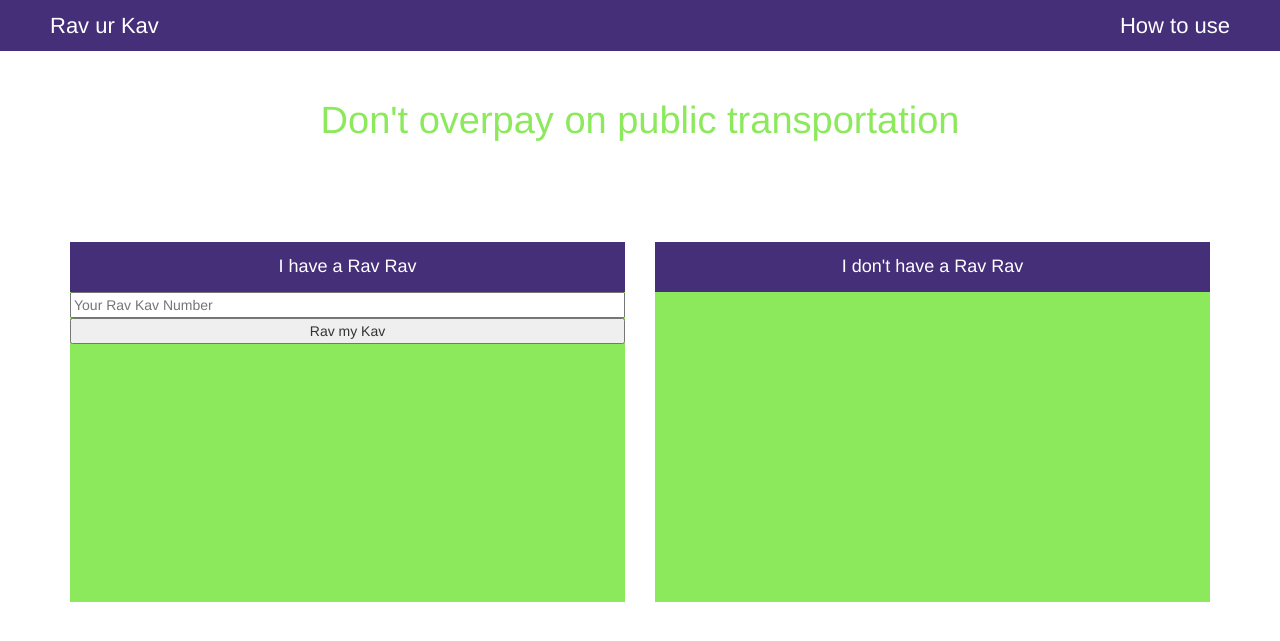
Repository: Louhla/Rav-ur-Kav
Page: index.html
An editor plug-in stored every save of this project. The page is shown before and after a run of saves, followed by the edit.
The browser window is 1280 px wide. The pictures show the whole page.

Above is the page before, as saved 2019-07-17 14:37:40.

### index.html
<!DOCTYPE html>
<html lang="en">

<head>
    <meta charset="utf-8">
    <meta name="viewport" content="width=device-width, initial-scale=1">
    <!-- Bootstrap CSS -->
    <link rel="stylesheet" href="https://maxcdn.bootstrapcdn.com/bootstrap/3.3.7/css/bootstrap.min.css">
    <script src="https://ajax.googleapis.com/ajax/libs/jquery/3.3.1/jquery.min.js"></script>
    <link rel="stylesheet" type="text/css" href="./css/rav-ur-kav.css">
    <title>Rav ur kav - Public Transport Calculator</title>
    <meta name="description" content="Get the best rate for your Rav Kav according to your commute">
</head>

<body>
    <heading>
        <div class="logo">Rav ur Kav
        </div>
        <div class="how-to">How to use
        </div>
    </heading>

    <div class="container">
        <div class="row">
            <div class="col-md-12">
                <h1>Don't overpay on public transportation</h1>
            </div>
        </div>
        <div class="row">
            <div class="col-md-6">
                <div class="existing-user">
                    <h4>I have a Rav Rav</h4>
                        <input id="rav-kav-number" type=text placeholder="Your Rav Kav Number"></input>
                        <button>Rav my Kav</button>
                </div>
            </div>
            <div class="col-md-6">
                <div class="new-user">
                    <h4>I don't have a Rav Rav</h4>
                </div>
            </div>
        </div>
    </div>
    <script type="text/javascript" src="./js/rav-ur-kav.js"></script>
</body>

</html>

### css/rav-ur-kav.css
body{
    margin: 0px;
}
heading{
    display: flex;
    position: fixed;
    z-index: 9;
    justify-content: space-between;
    width: 100%;
    align-items: center;
    box-shadow: 5px;
    background-color: #462F79;
    color: white;
    font-size: 22px;
}
.logo{
    margin: 10px 0px 10px 50px;
}
.how-to{
    margin: 10px 50px 10px 0px;
}
.existing-user{
    background-color: #8CE95C;
    display: flex;
    flex-direction: column;
    text-align: center;
    height: 50vh;
}
.new-user{
    background-color: #8CE95C;
    text-align: center;
    height: 50vh;
}
h1{
    text-align: center;
    margin: 100px;
    color: #8CE95C;
    font-size: 38px;
}
.existing-user > h4, .new-user > h4{
    background-color: #462F79;
    padding: 15px 0px;
    margin: 0px;
    color: white;
}
#ra-

Loaded but not shown: js/rav-ur-kav.js (no copy from this time; the picture is the same without it)

After the next 2 saves:
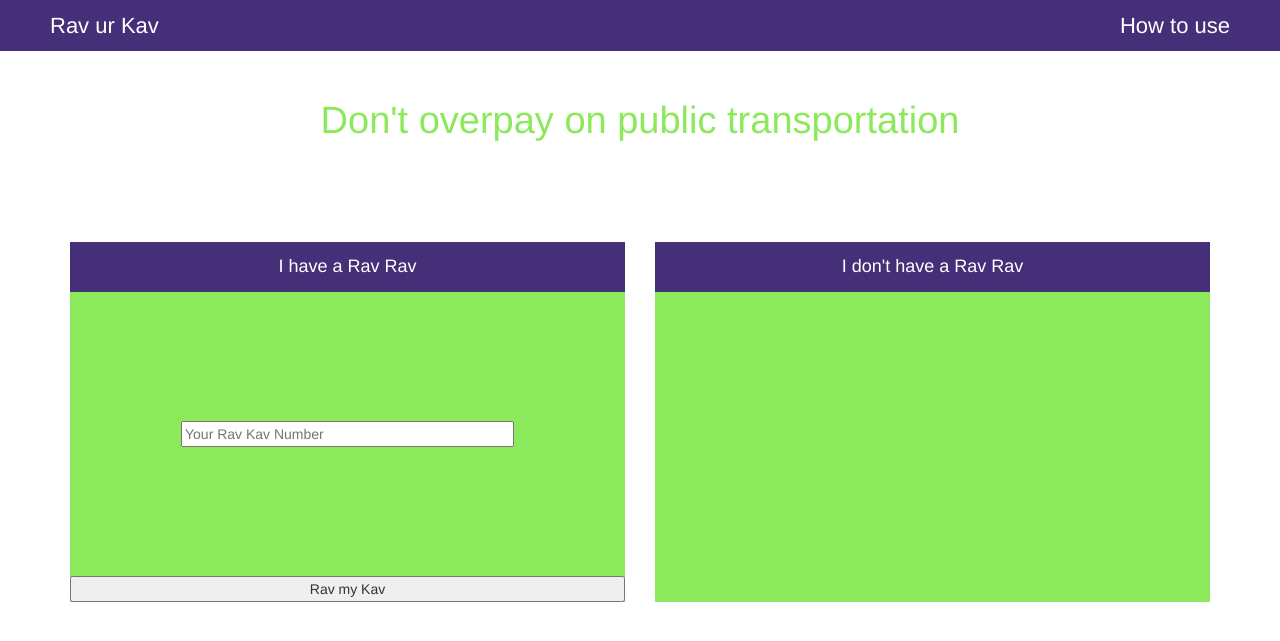
The 2 saves are shown as one change because they came seconds apart.
The last was saved 7 s later.
--- a/css/rav-ur-kav.css
+++ b/css/rav-ur-kav.css
@@ -43,4 +43,7 @@ h1{
     margin: 0px;
     color: white;
 }
-#ra-
+#rav-kav-number{
+    width: 60%;
+    margin: auto;
+}
